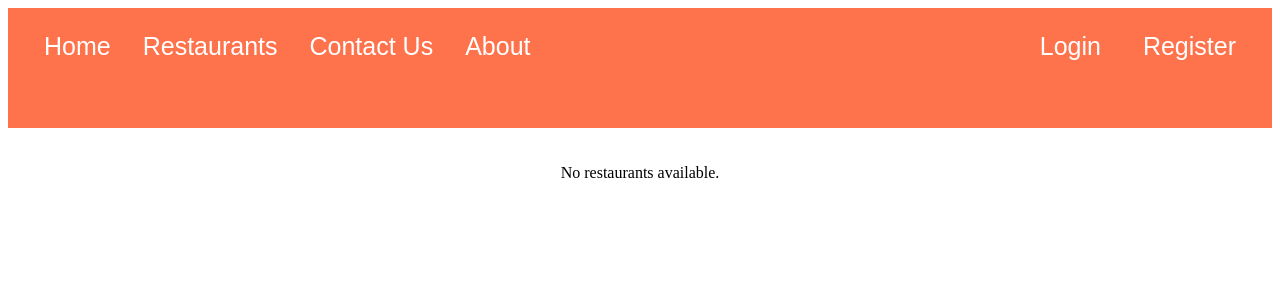
Repository: Sujith-B-S/Food-Application
Page: http://localhost/FoodApplication/home.jsp
The author's editor kept a copy of each file at every save. The page is drawn from the files as they stood at one save, then again after the next save.
The browser window is 1280 px wide. The pictures show the whole page.
The page is served by Tomcat 9.

Above is the page before, as saved 2024-11-15 12:11:45.

After the next save:
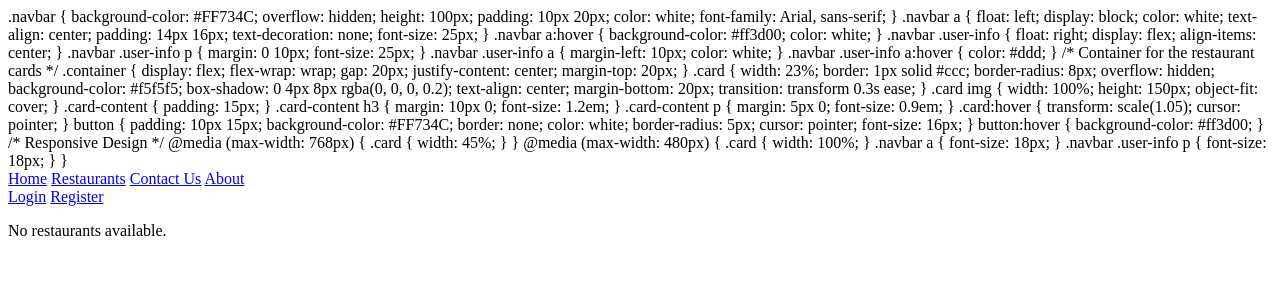
Saved 6 h 49 min later.
--- a/FoodApplication/src/main/webapp/home.jsp
+++ b/FoodApplication/src/main/webapp/home.jsp
@@ -9,7 +9,9 @@
     <title>Home - Food Application</title>
     <style>
         /* Navigation Bar Styling */
-
+        <style>
+@import url('https://fonts.googleapis.com/css2?family=Poppins:wght@300;400;500;600&display=swap');
+</style>
 
         .navbar {
             background-color: #FF734C;
